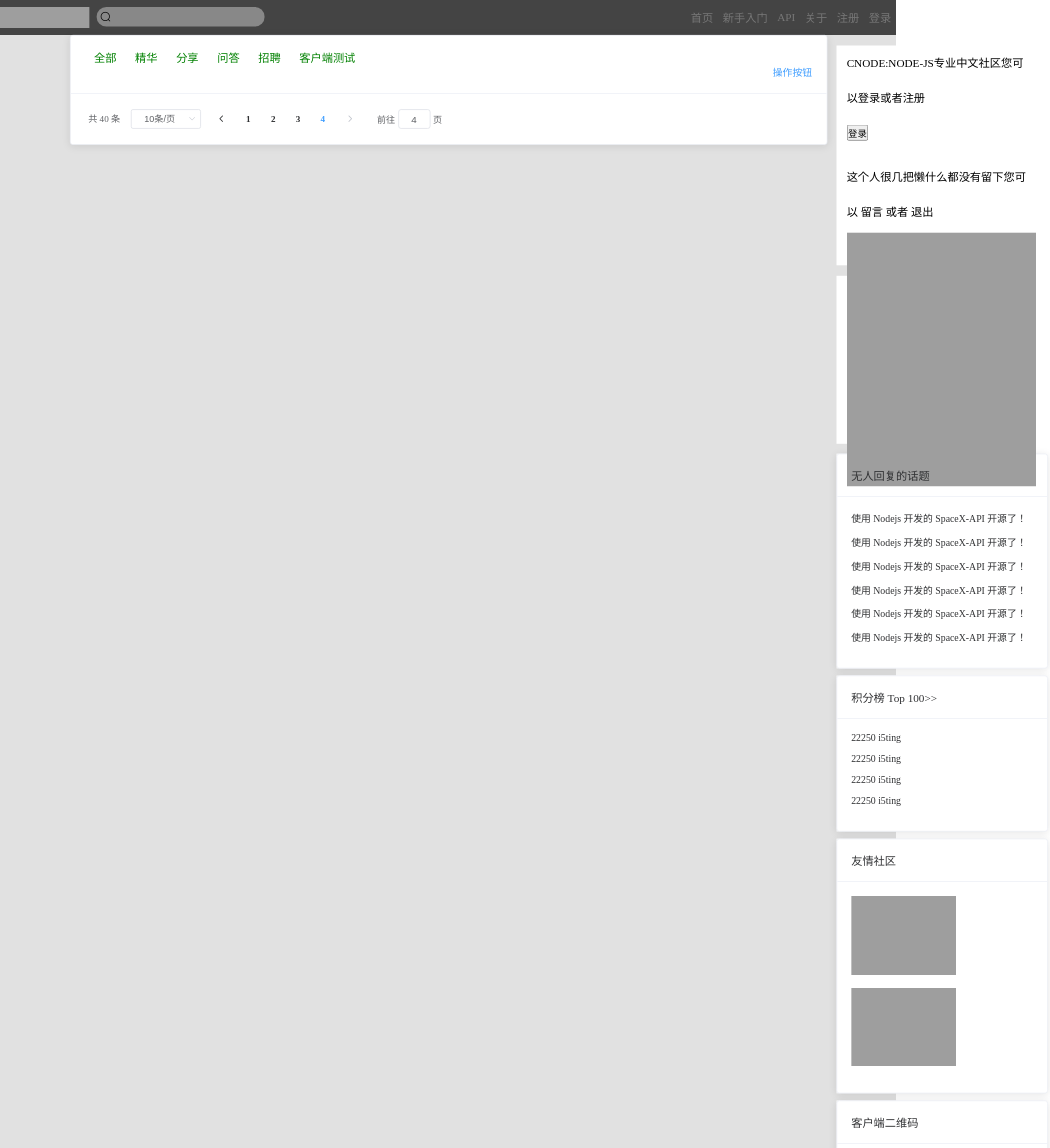
Repository: jinggegeZ/cnode
Page: /
These files come from the project's save history. The page is drawn as it stood at one moment and after the next save; the edit follows.
The browser window is 1280 px wide. The page is 1500 px wide, so the pictures cover 1500 px, including what lies to the right of the window. The pictures show the part of the page from y = 0 to 1640 px (the page is 2329 px tall), at 70% of full size.
Pictures or frames that could not be fetched are drawn as grey boxes. The page's requests for data from a server got no answer. The project was rebuilt for these pictures with package versions that can differ from the ones it lists, and the page was loaded fresh each time. No one was signed in, and anything a server would have sent is missing.

Above is the page before, as saved 2020-06-06 14:30:06.

After the next save:
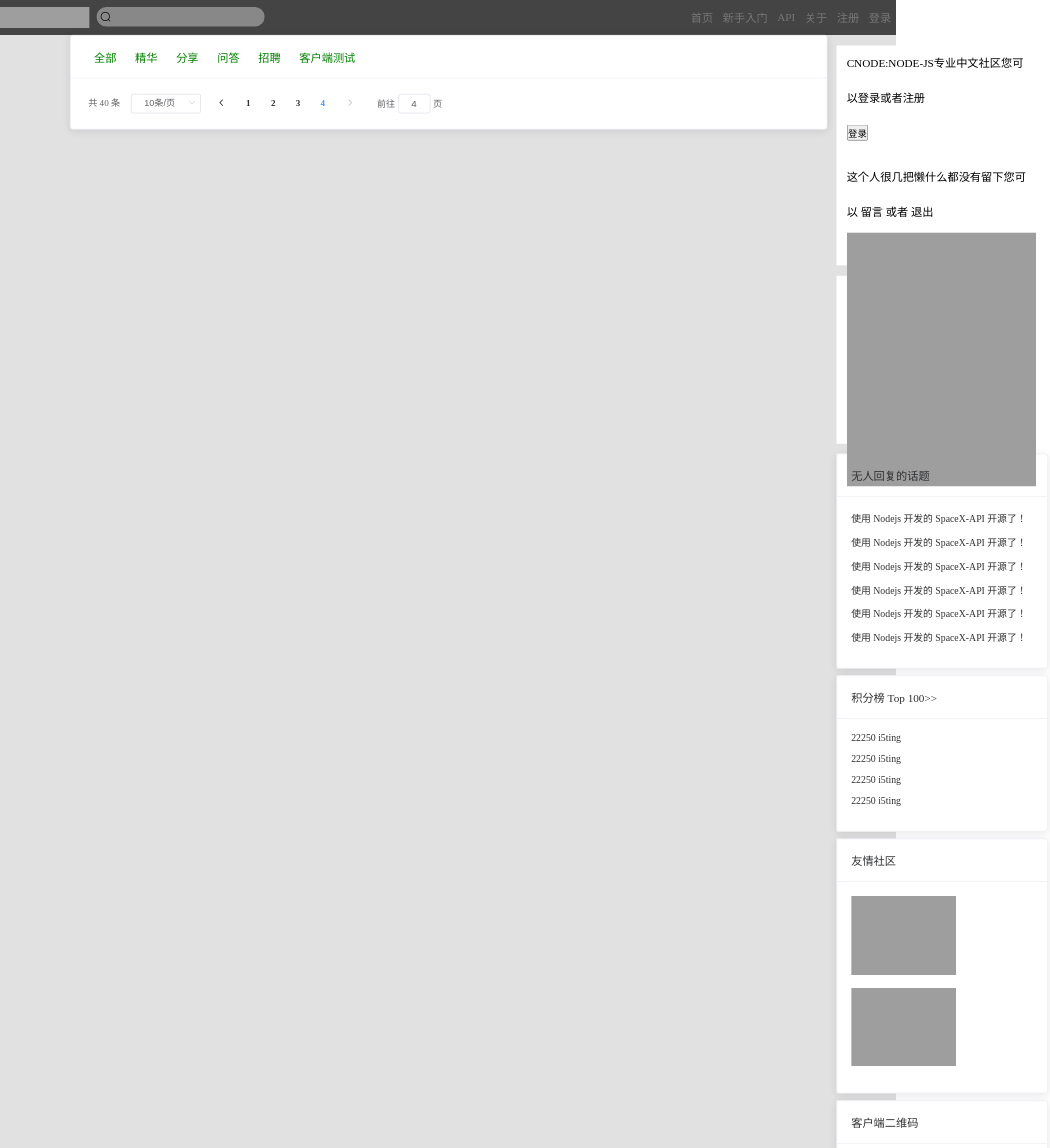
Saved 60 s later.
--- a/src/views/Home.vue
+++ b/src/views/Home.vue
@@ -15,7 +15,6 @@
       <div @click="click"><a href="">招聘</a></div>
       <div @click="click"><a href="">客户端测试</a></div>
     </div>
-    <el-button style="float: right; padding: 3px 0" type="text">操作按钮</el-button>
     </div>
     <div v-for="(item,index) in arr" :key="index" class="text item style">
     <div class="item1"><a href="" class="img"><img :src="item.author.avatar_url" alt="" width="25px" height="25px"></a></div>
